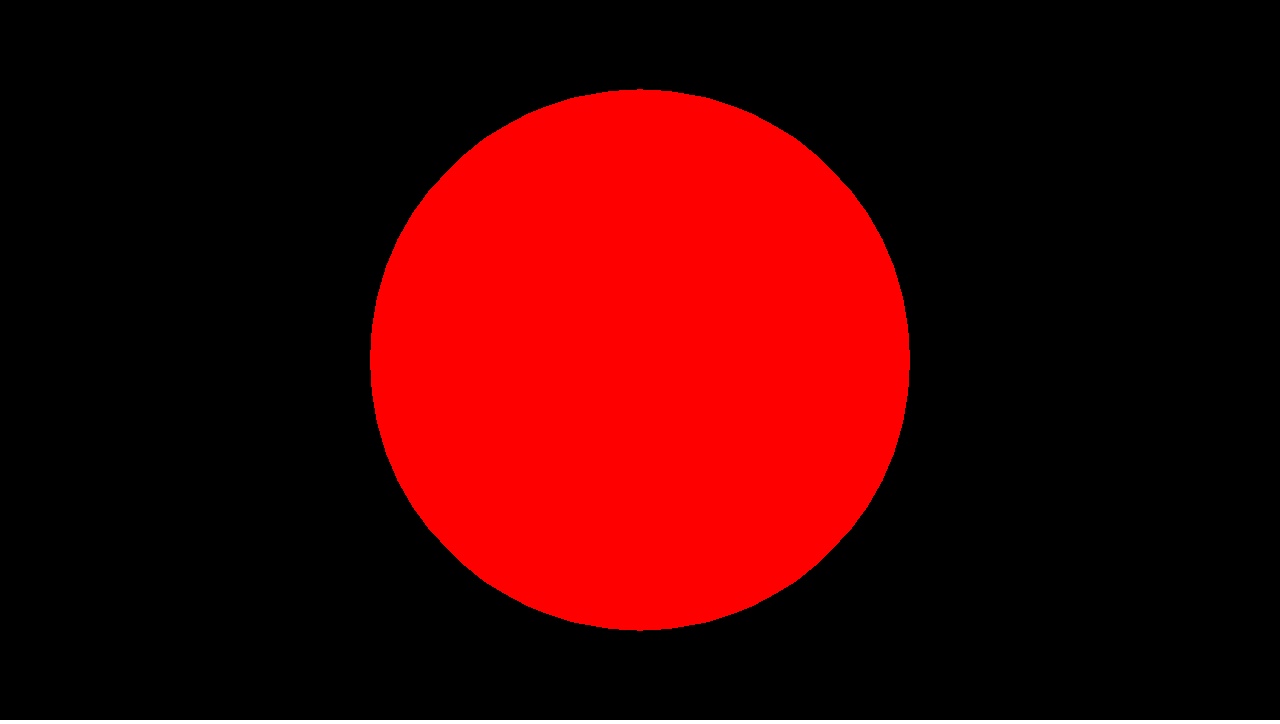
Repository: 30namp/youtube-node-base-organic-animation-threejs
Page: index.html
The author's editor kept a copy of each file at every save. The page is drawn from the files as they stood at one save, then again after the next save.
The browser window is 1280 px wide. The pictures show the whole page.

Above is the page before, as saved 2024-08-12 16:32:39.

### index.html
<!DOCTYPE html>
<html>
  <head>
    <title>My First Shader</title>
    <style>
      * {
        margin: 0;
        padding: 0;
        box-sizing: border-box;
      }
    </style>
  </head>
  <body>
    <canvas id="myCanvas"></canvas>
    <script src="https://cdnjs.cloudflare.com/ajax/libs/three.js/r128/three.min.js"></script>
    <script src="script.js"></script>
  </body>
</html>

### script.js
// script.js
const scene = new THREE.Scene();
const camera = new THREE.PerspectiveCamera(
    75,
    window.innerWidth / window.innerHeight,
    0.1,
    1000
);
const renderer = new THREE.WebGLRenderer({
    canvas: document.getElementById("myCanvas"),
});
renderer.setSize(window.innerWidth, window.innerHeight);

const geometry = new THREE.SphereGeometry(1, 32, 32);

const vertexShader = `
    uniform float amplitude;

    void main() {
      vec3 newPosition = position + normal * amplitude;
      gl_Position = projectionMatrix * modelViewMatrix * vec4(newPosition, 1.0);
    }
  `;

const fragmentShader = `
    uniform vec3 color;

    void main() {
      gl_FragColor = vec4(color, 1.0);
    }
  `;

const material = new THREE.ShaderMaterial({
    vertexShader,
    fragmentShader,
    uniforms:
    {
        amplitude: { value: 0.5 },
        color: { value: new THREE.Color(0xff0000) }
    }
});

const sphere = new THREE.Mesh(geometry, material);
scene.add(sphere);

camera.position.z = 3;

function animate() {
    requestAnimationFrame(animate);
    renderer.render(scene, camera);
}

animate();

After the next save:
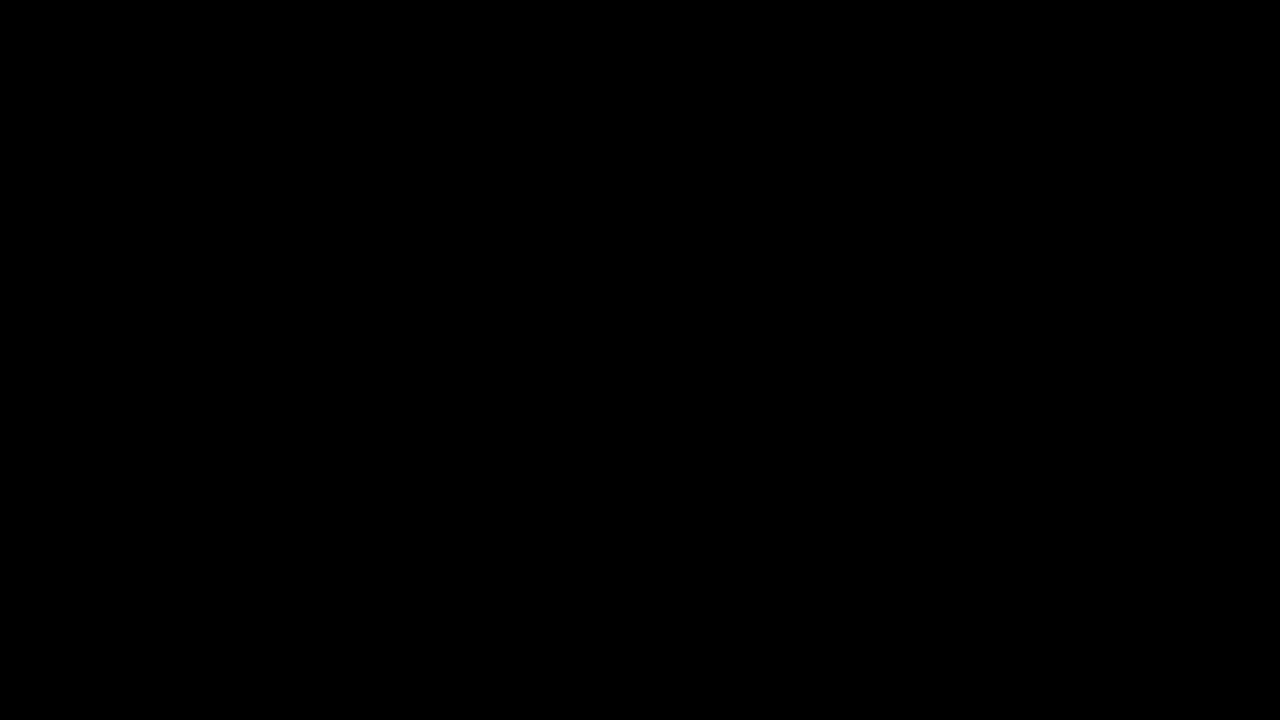
Saved 22 s later.
--- a/script.js
+++ b/script.js
@@ -36,7 +36,7 @@ const material = new THREE.ShaderMaterial({
     uniforms:
     {
         amplitude: { value: 0.5 },
-        color: { value: new THREE.Color(0xff0000) }
+        color: { value: new THREE.Color(0x000000) }
     }
 });
 
